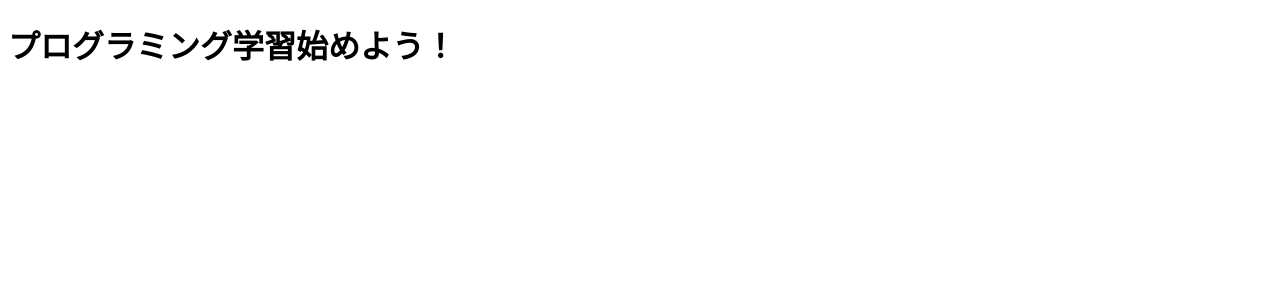
Repository: saitoryohei/copy1
Page: index.html
The author's editor kept a record of every edit. The page is drawn from the files as they stood at one moment, then again after the next edit.
The browser window is 1280 px wide. The pictures show the whole page.

Above is the page before.

After the next edit:
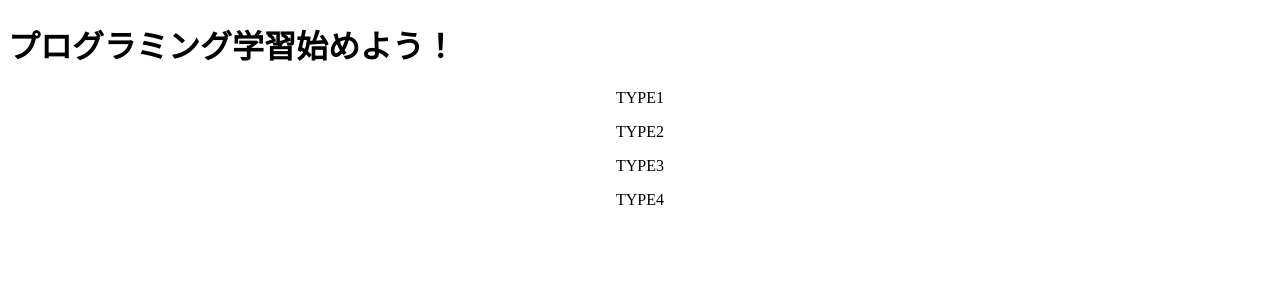
The edit:
--- a/index.html
+++ b/index.html
@@ -7,5 +7,23 @@
           </head>
           <body>
             <h1>プログラミング学習始めよう！</h1>
+            <script src="hello.js"></script>
+
+            <div class="slanted type1">
+  <p style="text-align: center;">TYPE1</p>
+</div>
+<div class="slanted type2">
+  <p style="text-align: center;">TYPE2</p>
+</div>
+<div class="slanted type3">
+  <p style="text-align: center;">TYPE3</p>
+</div>
+<div class="slanted type4">
+  <p style="text-align: center;">TYPE4</p>
+</div>
+
+
+
+
           </body>
         </html>
